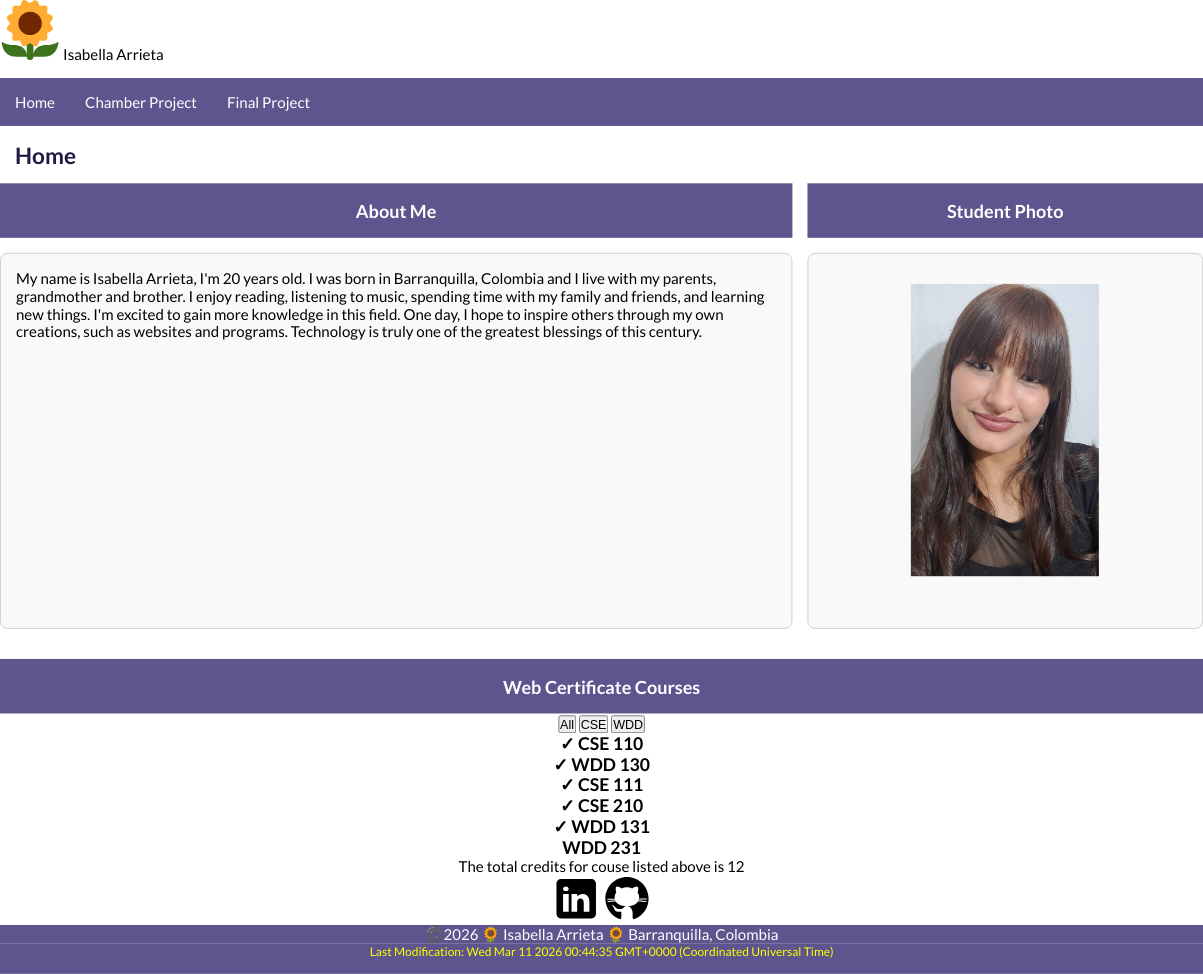
Repository: isaAJ05/wdd231
Page: index.html
The author's editor kept a copy of each file at every save. The page is drawn from the files as they stood at one save, then again after a run of saves.
The browser window is 1280 px wide. The pictures show the whole page, at 94% of full size.
Some web fonts or font styles are not loaded; a fallback is used.

Above is the page before, as saved 2026-03-11 00:48:00.

After the next 3 saves:
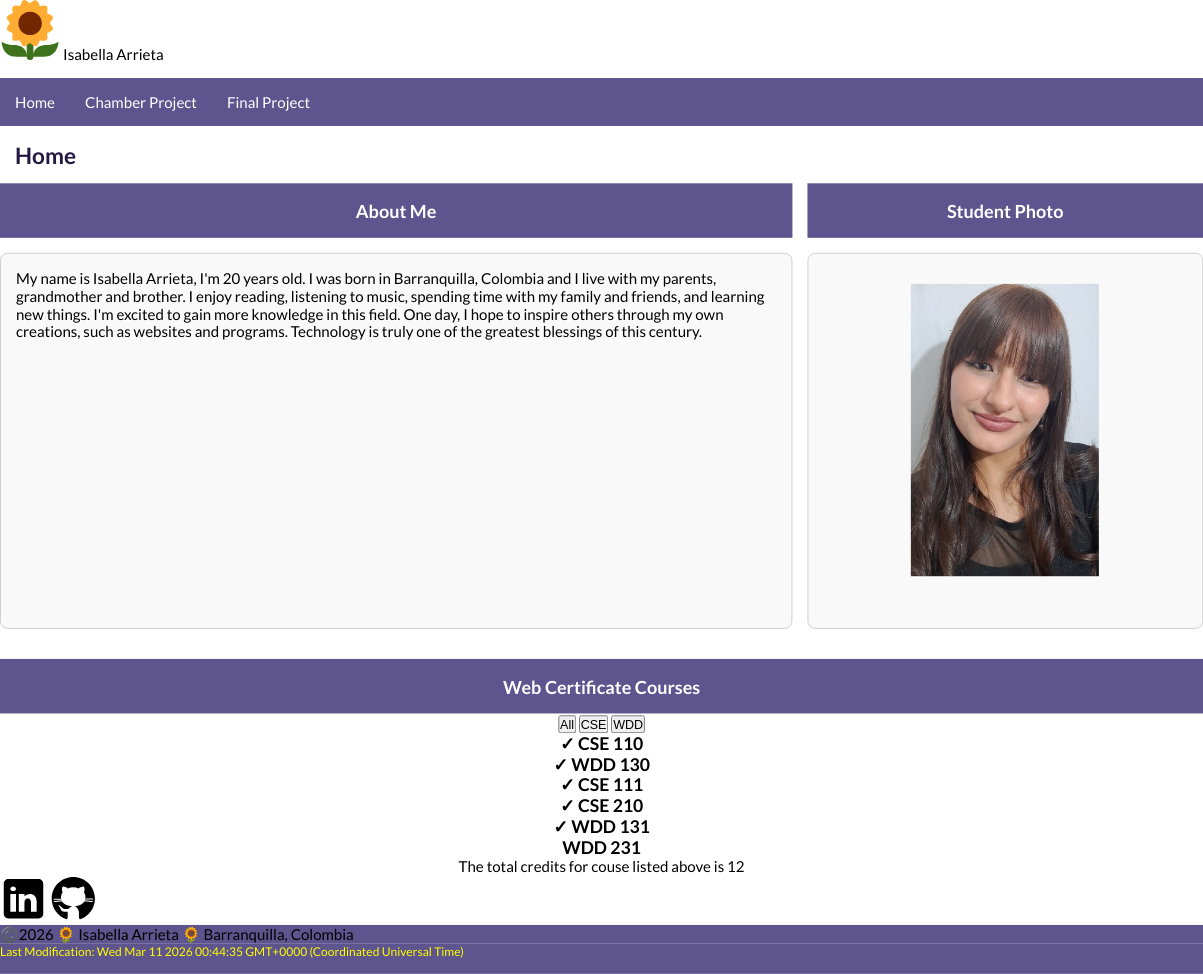
The 3 saves are shown as one change because they came seconds apart.
The last was saved 44 s later.
--- a/styles/normalize.css
+++ b/styles/normalize.css
@@ -104,6 +104,8 @@
 	display: block;
 	margin: 1rem auto;
 }
+.course
+
 footer {
     color:  #fff;
     text-align: center;

After the 2 saves that followed:
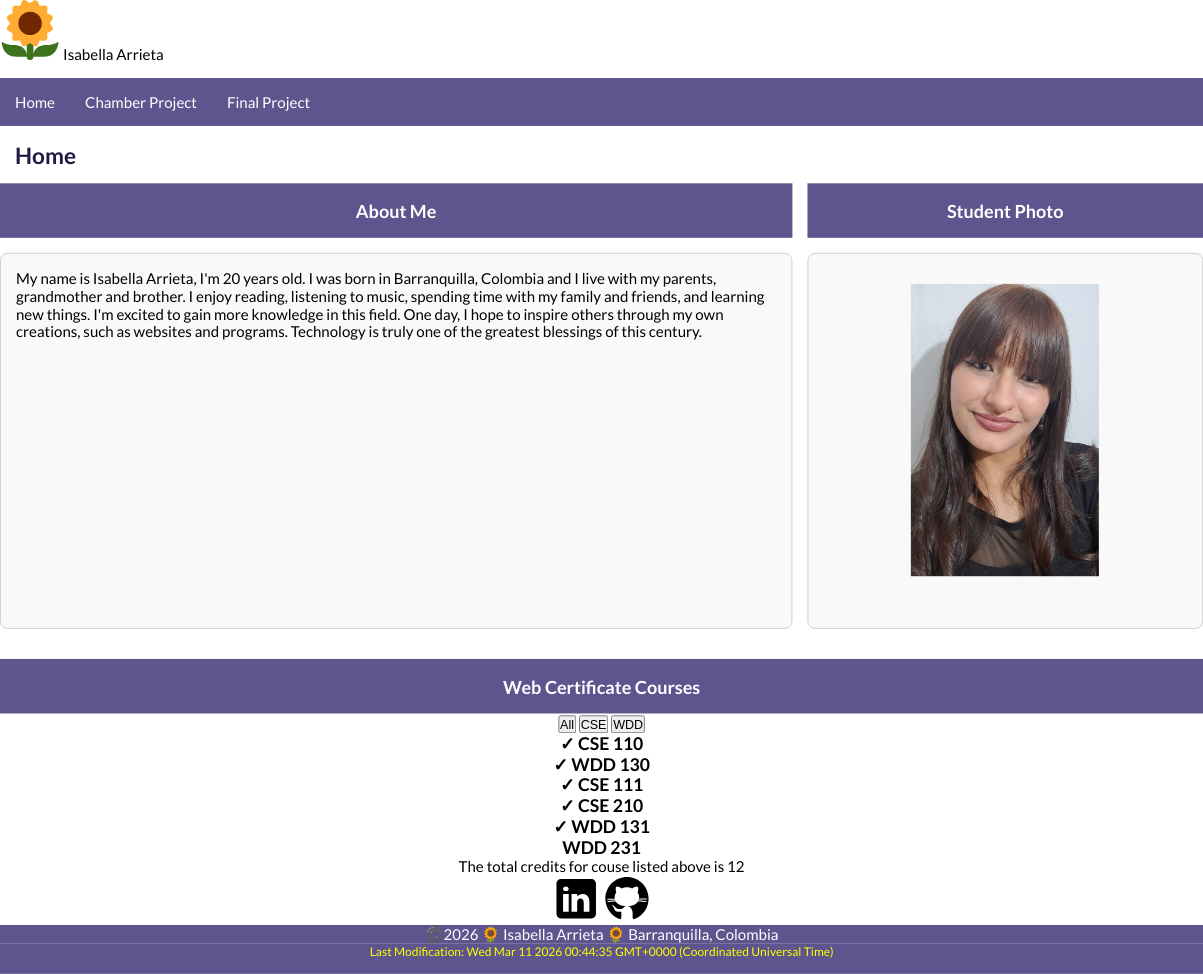
The 2 saves are shown as one change because they came seconds apart.
The last was saved 11 s later.
--- a/styles/normalize.css
+++ b/styles/normalize.css
@@ -104,7 +104,16 @@
 	display: block;
 	margin: 1rem auto;
 }
-.course
+.course-button {
+	display: block;
+	margin: 1rem auto;
+	padding: 0.5rem 1rem;
+	background-color: var(--primary-color);
+	color: #fff;
+	border: none;
+	border-radius: 4px;
+	cursor: pointer;
+}
 
 footer {
     color:  #fff;
